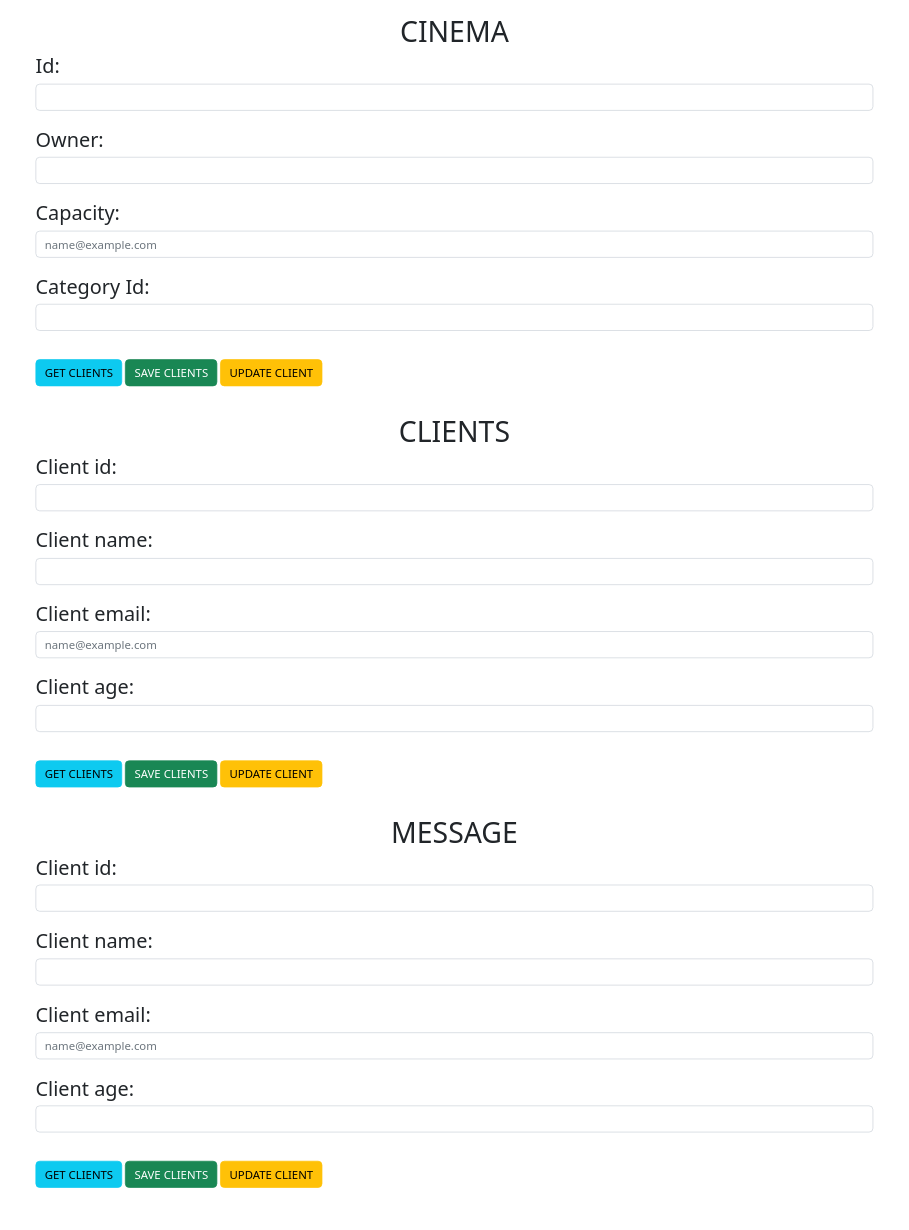
Repository: almendezl/MisionTIC
Page: index.html
The author's editor kept a copy of each file at every save. The page is drawn from the files as they stood at one save, then again after the next save.
The browser window is 1280 px wide. The pictures show the whole page, at 71% of full size.

Above is the page before, as saved 2022-10-01 21:53:26.

After the next save:
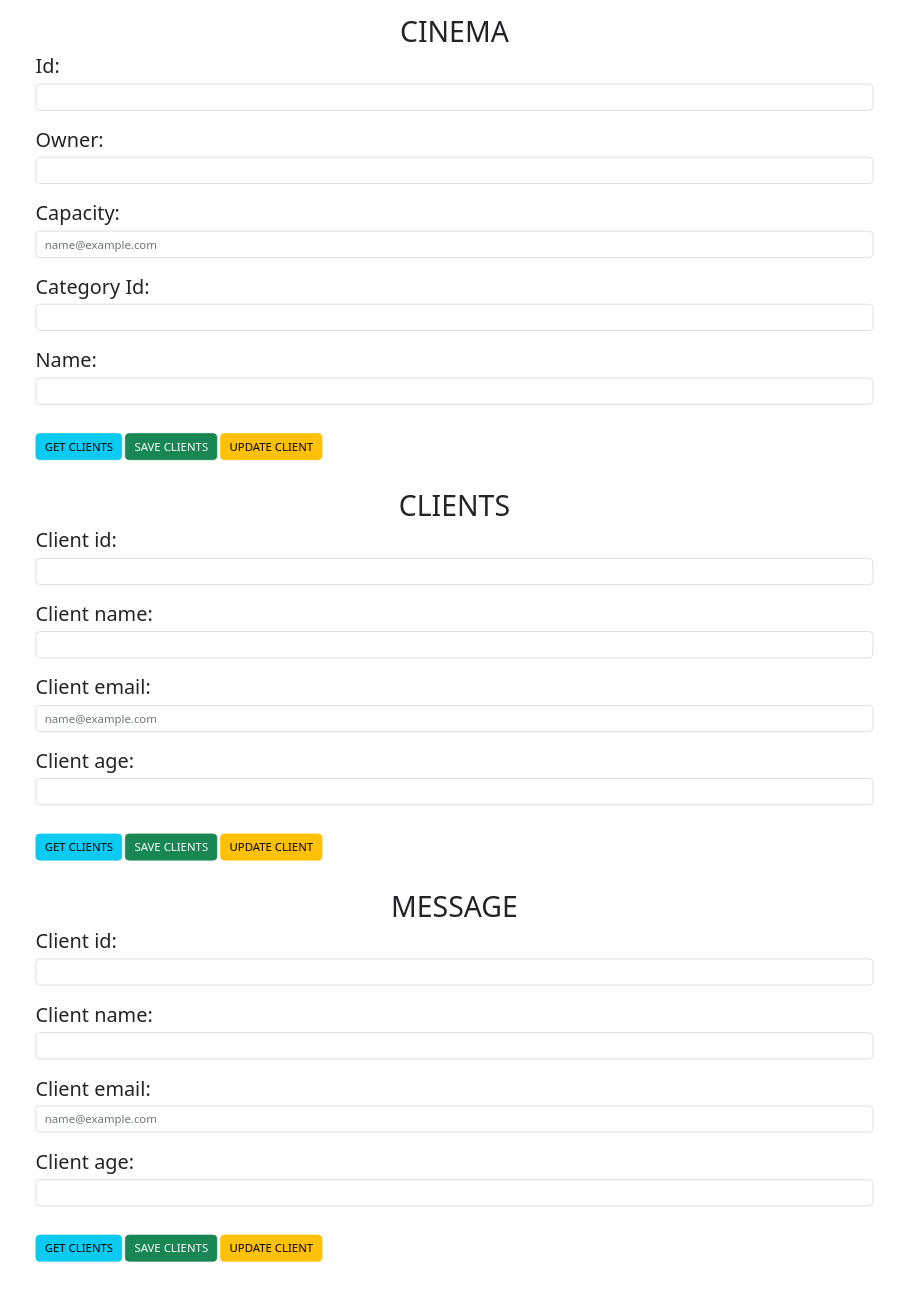
Saved 15 s later.
--- a/index.html
+++ b/index.html
@@ -34,6 +34,11 @@
 
         <div class="form-group">
             <h3 class="label label-default" >Category Id: </h3>
+            <input class="form-control" type="number" id="clientAge"><br>
+        </div>
+
+        <div class="form-group">
+            <h3 class="label label-default" >Name: </h3>
             <input class="form-control" type="number" id="clientAge"><br>
         </div>
 
